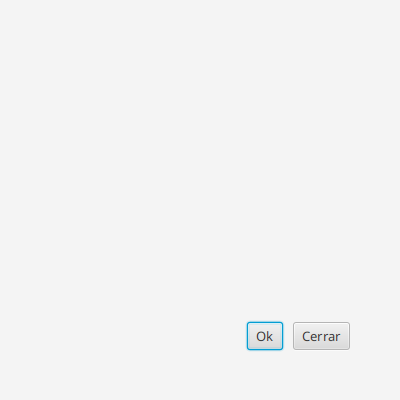
Repository: anxoportela/PROG
Program's window: java Java_Interfaz/ProyectoJavaFX/src/com/acarballeira/javaFX/ejemplo6/App.java
The author's editor kept a copy of each file at every save. The program's window is drawn from the files as they stood at one save, then again after the next save.
It runs on Java 21 on a 1366 x 768 screen with JavaFX 11; the title bar is not drawn.

Above is the program's window before, as saved 2020-03-04 20:35:40.

After the next save:
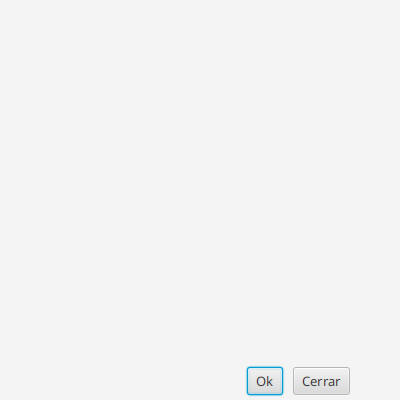
Saved 35 s later.
--- a/Java_Interfaz/ProyectoJavaFX/src/com/acarballeira/javaFX/ejemplo6/App.java
+++ b/Java_Interfaz/ProyectoJavaFX/src/com/acarballeira/javaFX/ejemplo6/App.java
@@ -26,7 +26,7 @@
 		hbox.setSpacing(10);
 
 		AnchorPane.setRightAnchor(hbox, 50d);
-		AnchorPane.setBottomAnchor(hbox, 50d);
+		AnchorPane.setBottomAnchor(hbox, 5d);
 
 		root.getChildren().add(hbox);
 
